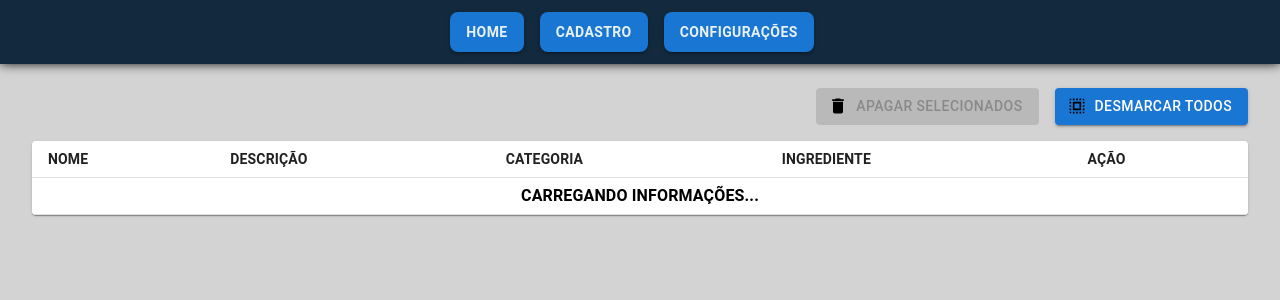
Repository: oZanella/projeto_windel_web_CRM
Page: /
These files come from the project's save history. The page is drawn as it stood at one moment and after a run of saves; the edit follows.
The browser window is 1280 px wide. The pictures show the whole page.
The page's requests for data from a server got no answer. The project was rebuilt for these pictures with package versions that can differ from the ones it lists, and the page was loaded fresh each time. No one was signed in, and anything a server would have sent is missing. Also part of the build but not shown: vite.config.js, src/routes/Configuracoes.jsx. Imported but missing from the stored project, and not drawn on this page: src/routes/Cadastro.jsx.

Above is the page before, as saved 2024-08-19 10:47:07.

After the next 3 saves:
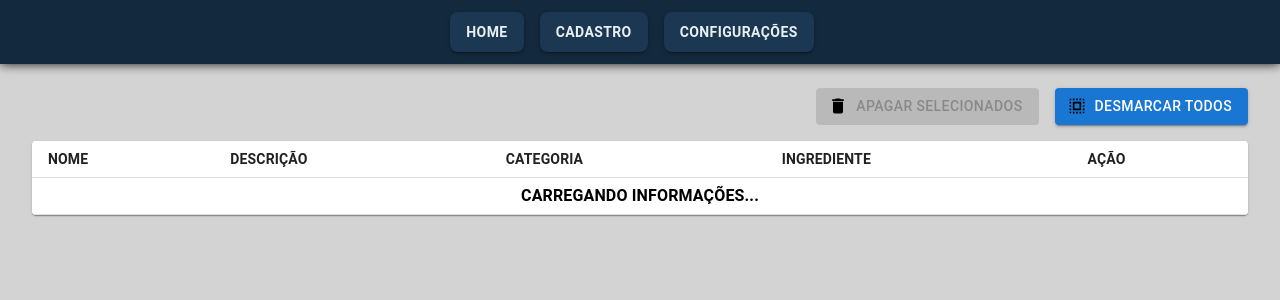
The 3 saves are shown as one change because they came seconds apart.
The last was saved 11 s later.
--- a/src/components/Header.jsx
+++ b/src/components/Header.jsx
@@ -41,7 +41,7 @@ export const Header = () => {
             flexGrow: { xs: 1, sm: 1},
             justifyContent: { xs: 'center' },
             '& .MuiButton-root': {
-              backgroundColor: 'darkblue2',
+              backgroundColor: 'var(--darkblue2)',
               color: 'var(--primary)',
               borderRadius: '8px',
               padding: '8px 16px',
